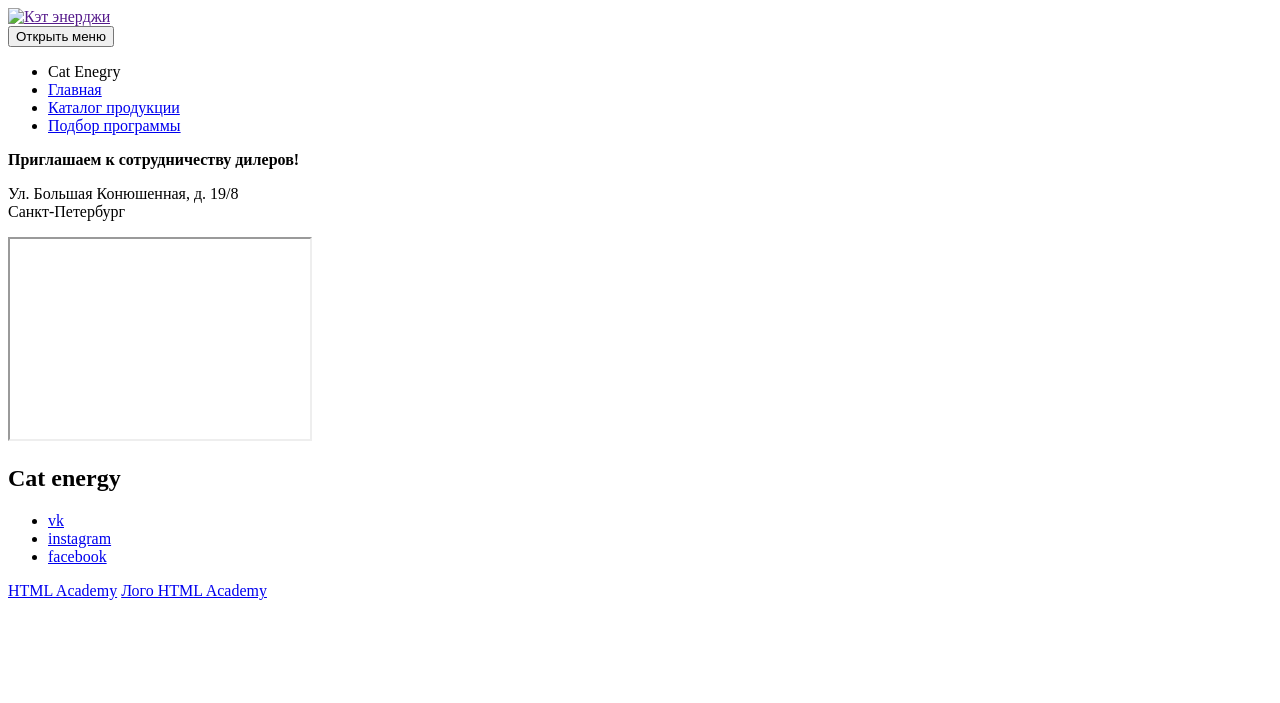
Repository: infernotw/1054987-cat-energy-17
Page: source/catalog.html
These files come from the project's save history. The page is drawn as it stood at one moment and after the next save; the edit follows.
The browser window is 1280 px wide. The pictures show the whole page.

Above is the page before, as saved 2019-07-17 05:03:40.

After the next save:
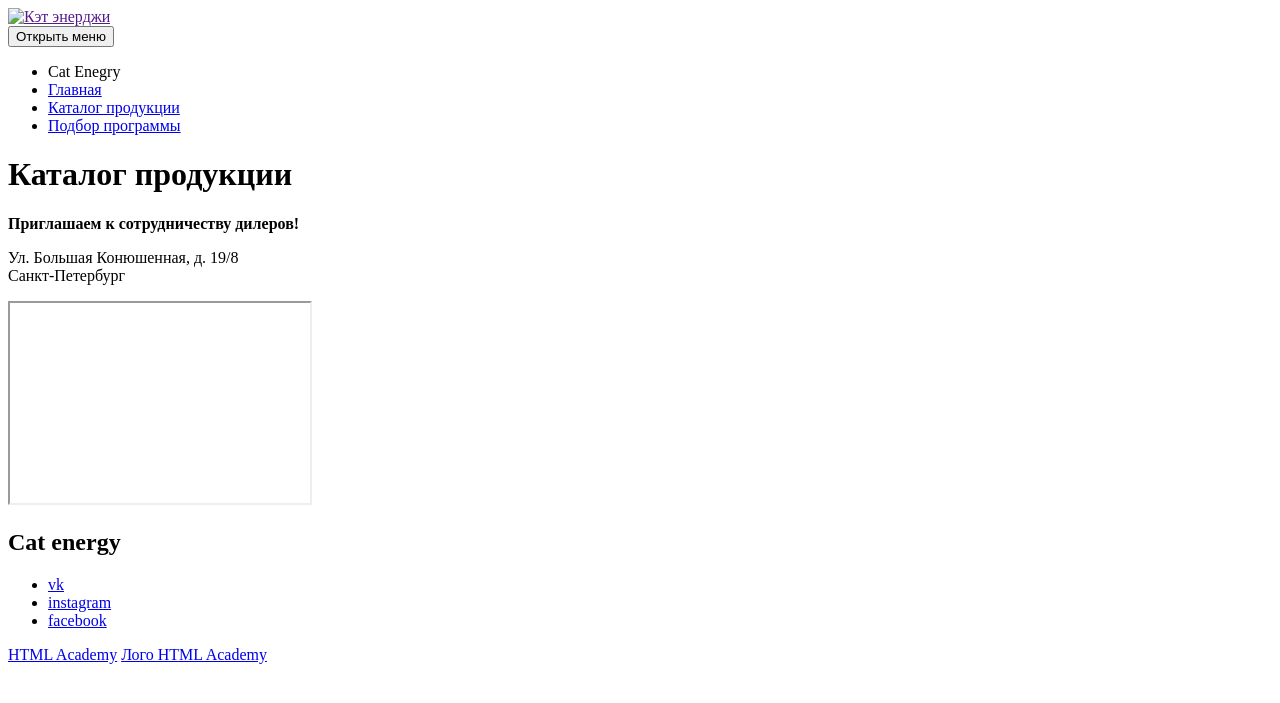
Saved 57 s later.
--- a/source/catalog.html
+++ b/source/catalog.html
@@ -34,6 +34,8 @@
   </header>
 
   <main class="page-main">
+    <h1 class="page-main__title">Каталог продукции</h1>
+    <section class=""></section>
 
 
   </main>
